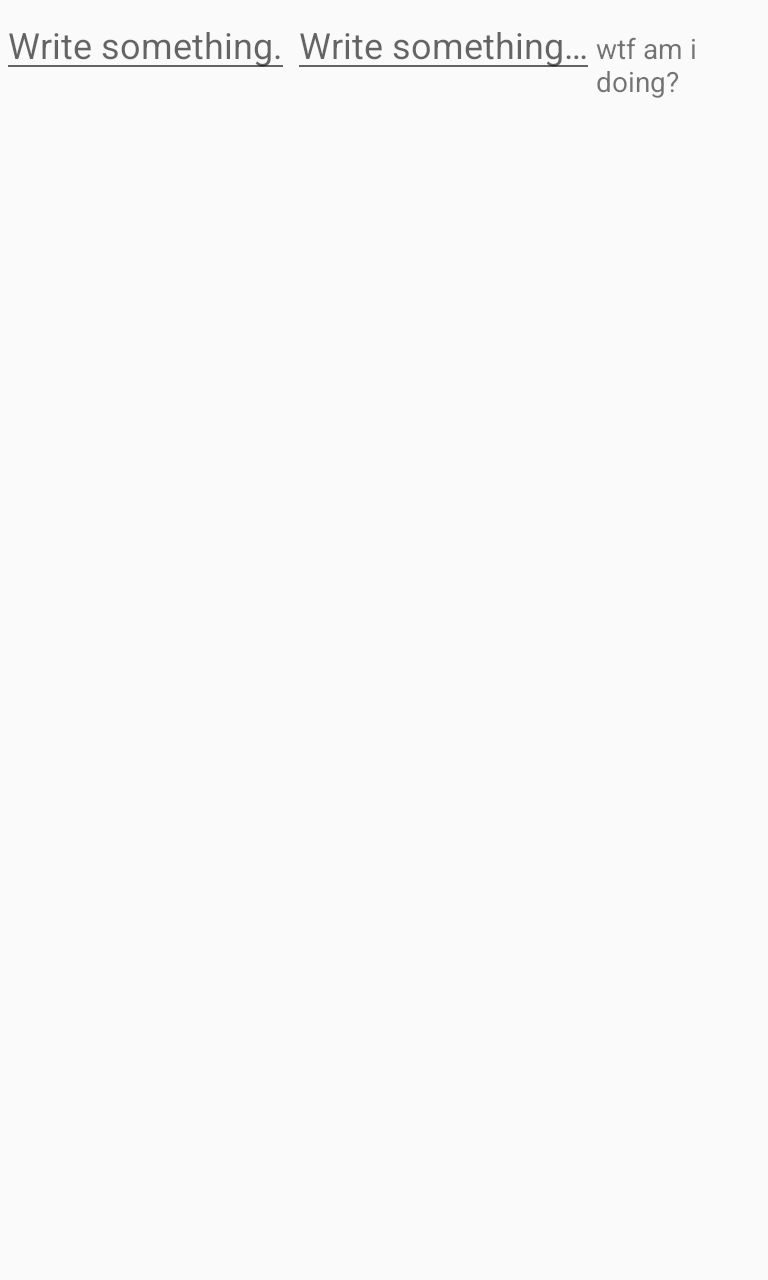
Repository: SVasilev/TimeWaste
Layout: TimeWaste/res/layout/activity_time_waste.xml
The author's editor kept a copy of each file at every save. The layout is drawn from the files as they stood at one save, then again after the next save.
It is drawn on a 768 x 1280 px phone screen (xhdpi) without system bars, with theme AppTheme; the app's code is not run.

Above is the layout before, as saved 2014-07-18 23:13:59.

### TimeWaste/res/layout/activity_time_waste.xml
<LinearLayout xmlns:android="http://schemas.android.com/apk/res/android"
    xmlns:tools="http://schemas.android.com/tools"
    android:layout_width="match_parent"
    android:layout_height="match_parent"
    android:orientation="horizontal" >

    <EditText android:id="@+id/edit_message"
        android:layout_width="wrap_content"
        android:layout_height="wrap_content"
        android:hint="@string/edit_message" />

    <EditText android:id="@+id/std_message"
        android:layout_width="wrap_content"
        android:layout_height="wrap_content"
        android:hint="@string/std_message" />

    <TextView
        android:id="@+id/text"
	    android:layout_width="wrap_content"
	    android:layout_height="wrap_content"
	    android:text="@string/edit_text_text" />

</LinearLayout>

### TimeWaste/res/values/strings.xml
<?xml version="1.0" encoding="utf-8"?>
<resources>

    <string name="app_name">TimeWaste</string>
    <string name="edit_message">Write something.</string>
    <string name="std_message">Write something&#8230; </string>
    <string name="edit_text_text">wtf am i doing? </string>
    <string name="action_settings">Settings</string>

</resources>

Loaded but not shown: TimeWaste/res/values/styles.xml (common file); TimeWaste/res/values-v11/styles.xml (common file); TimeWaste/res/values-v14/styles.xml (common file)

After the next save:
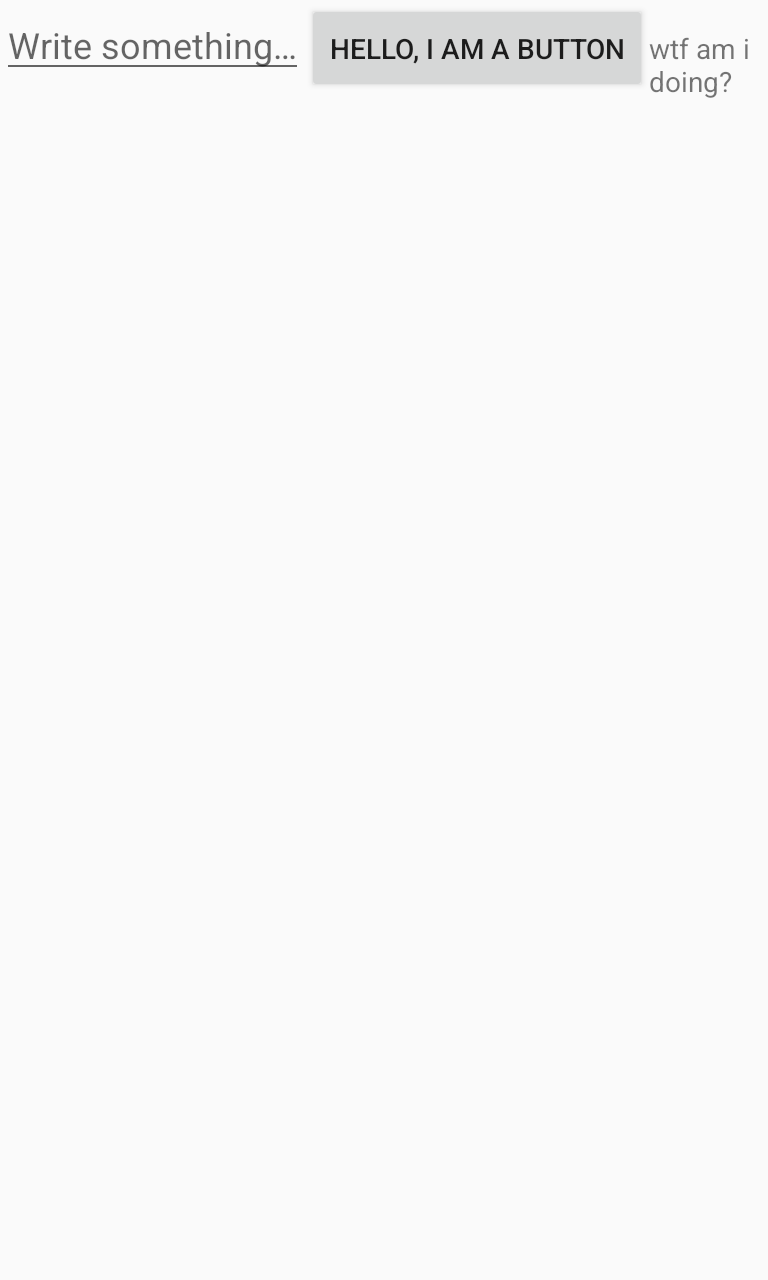
Saved 5 min 7 s later.
--- a/TimeWaste/res/layout/activity_time_waste.xml
+++ b/TimeWaste/res/layout/activity_time_waste.xml
@@ -4,15 +4,16 @@
     android:layout_height="match_parent"
     android:orientation="horizontal" >
 
-    <EditText android:id="@+id/edit_message"
-        android:layout_width="wrap_content"
-        android:layout_height="wrap_content"
-        android:hint="@string/edit_message" />
-
     <EditText android:id="@+id/std_message"
         android:layout_width="wrap_content"
         android:layout_height="wrap_content"
         android:hint="@string/std_message" />
+
+    <Button
+        android:id="@+id/button"
+        android:layout_width="wrap_content"
+        android:layout_height="wrap_content"
+        android:text="Hello, I am a Button" />
 
     <TextView
         android:id="@+id/text"
